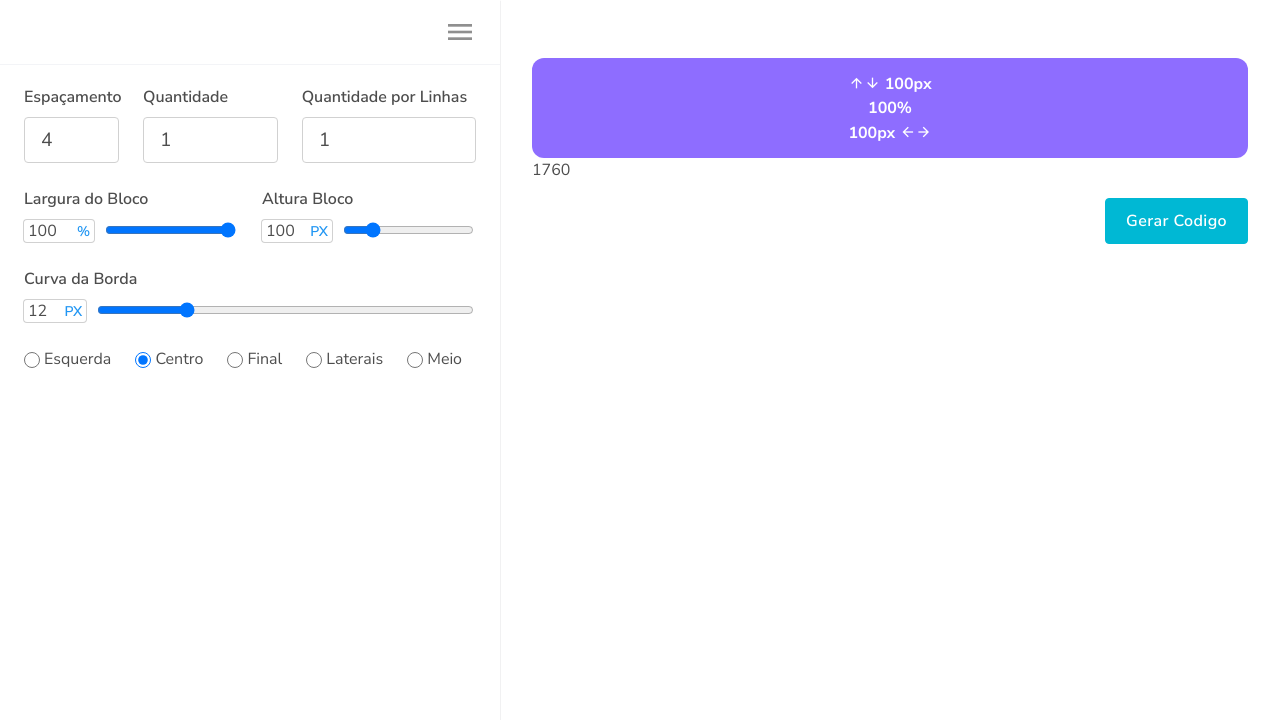
Repository: Flintdl/lowcode-elements
Page: /
These files come from the project's save history. The page is drawn as it stood at one moment and after the next save; the edit follows.
The browser window is 1280 px wide. The pictures show the whole page.
The project was rebuilt for these pictures with package versions that can differ from the ones it lists, and the page was loaded fresh each time. Also part of the build but not shown: vue.config.js.

Above is the page before, as saved 2022-04-05 13:58:24.

### src/components/Menu/MenuTemplate.vue
<template>
  <div>
    <div
      class="ham burger-link-mobile sf-display-flex sf-display-md-none"
      @click="menu"
    >
      <i class="mdi mdi-menu sf-text-xlg sf-text-muted sf-dropdown-action"></i>
    </div>
    <nav class="sf-menu">
      <div class="sf-menu-header">
        <div
          @click="menu"
          class="hamburger-link sf-display-none sf-display-md-block"
        >
          <i
            class="mdi mdi-menu sf-text-xlg sf-text-muted sf-dropdown-action"
          ></i>
        </div>
      </div>
      <div class="sf-menu-body">
        <ul class="sf-menu-ul">
          <li class="sf-menu-li sf-px-4">
            <div class="sf-row">
              <InputGapTemplate
                :valorInput="inputGap"
                v-on:callback="getValorCampo"
              />
              <InputQuantidadeTemplate
                :valorInput="inputQuantidade"
                v-on:callback="getValorCampoQuantidade"
              />
              <InputQuantLinhasTemplate
                :valorInput="inputQuantidadeLinha"
                v-on:callback="getValorCampoQuantidadeLinha"
              />
              <InputLarguraBloco
                :valorInput="inputRange"
                v-on:callback="getValorLarguraBloco"
              />
              <InputAlturaBloco
                :valorInput="valorHeight"
                v-on:callback="getValorAlturaBloco"
              />
              <InputBorderRadiusBloco
                :valorInput="inputBorderRadius"
                v-on:callback="getValorRadiusBloco"
              />
            </div>
            <InputPosicaoBloco
              :valorInput="checkValue"
              v-on:callback="getValorPosicaoBloco"
            />
          </li>
        </ul>
      </div>
    </nav>
    <div class="sf-content-page">
      <HomeView
        :valor="inputRange"
        :inputGap="inputGap"
        :valorHeight="valorHeight"
        :quantidade="parseInt(inputQuantidade)"
        :quantidadeLinha="inputQuantidadeLinha"
        :inputBorderRadius="inputBorderRadius"
        :checkValue="checkValue"
      />
    </div>
    <div class="ga-mascara-fundo" @click="mask"></div>
  </div>
</template>

<script>
import HomeView from "@/views/HomeView.vue";
import InputGapTemplate from "@/components/templates/InputGapTemplate.vue";
import InputQuantidadeTemplate from "@/components/templates/InputQuantidadeTemplate.vue";
import InputQuantLinhasTemplate from "@/components/templates/InputQuantLinhasTemplate.vue";
import InputLarguraBloco from "@/components/templates/InputLarguraBloco.vue";
import InputAlturaBloco from "@/components/templates/InputAlturaBloco.vue";
import InputBorderRadiusBloco from "@/components/templates/InputBorderRadiusBloco.vue";
import InputPosicaoBloco from "@/components/templates/InputPosicaoBloco.vue";
import image from "@/assets/logo-soften.webp";

export default {
  name: "MenuTemplate",
  data: function () {
    return {
      inputQuantidade: (this.inputQuantidade = "1"),
      inputQuantidadeLinha: (this.inputQuantidadeLinha = "1"),
      inputBorderRadius: (this.inputBorderRadius = "12"),
      inputRange: (this.inputRange = "100"),
      valorHeight: (this.valorHeight = "100"),
      inputGap: (this.inputGap = "4"),
      checkValue: (this.checkValue = "center"),
      image: image,
    };
  },
  components: {
    HomeView,
    InputGapTemplate,
    InputQuantidadeTemplate,
    InputQuantLinhasTemplate,
    InputLarguraBloco,
    InputAlturaBloco,
    InputPosicaoBloco,
    InputBorderRadiusBloco,
  },
  beforeMount() {
    if (window.innerWidth >= 768) {
      if (localStorage.getItem("menu") === "fechado") {
        document.body.classList.add("menu-fechado");
      } else {
        document.body.classList.remove("menu-fechado");
      }
    }

    (function () {
      var current = window.location.pathname.split("")[0];
      if (current === "") return;
      var menuItems = document.querySelectorAll(".sf-menu-list-link");
      for (var i = 0, len = menuItems.length; i < len; i++) {
        if (menuItems[i].getAttribute("href").indexOf(current) !== -1) {
          menuItems[i].className += " active-nolink";
          menuItems[i].nextElementSibling.className += " active-nolink";
        }
      }
    })();
  },
  methods: {
    menu() {
      if (window.innerWidth >= 768) {
        document.body.classList.toggle("menu-fechado");
        if (document.body.classList.contains("menu-fechado")) {
          localStorage.setItem("menu", "fechado");
        } else {
          localStorage.removeItem("menu");
        }
      } else {
        document.body.classList.toggle("menu-mobile-aberto");
      }
    },
    mask() {
      document.body.classList.remove("menu-mobile-aberto");
    },
    getValorCampo(valor) {
      this.inputGap = valor;
    },
    getValorCampoQuantidade(valor) {
      this.inputQuantidade = valor;
    },
    getValorCampoQuantidadeLinha(valor) {
      this.inputQuantidadeLinha = valor;
    },
    getValorLarguraBloco(valor) {
      this.inputRange = valor;
    },
    getValorAlturaBloco(valor) {
      this.valorHeight = valor;
    },
    getValorRadiusBloco(valor) {
      this.inputBorderRadius = valor;
    },
    getValorPosicaoBloco(valor) {
      this.checkValue = valor;
    },
  },
};

// function dropdown(menu) {
//   var dropdowns = document.getElementsByClassName("sf-dropdown-menu");
//   var i;
//   for (i = 0; i < dropdowns.length; i++) {
//     var openDropdown = dropdowns[i];
//     if (openDropdown.classList.contains("show")) {
//       openDropdown.classList.remove("show");
//     }
//   }
//   document.querySelector(menu).classList.toggle("show");
// }
</script>

<style lang="scss">
@import "@/assets/scss/style.scss";
@import "@/assets/scss/standard.scss";
@import "@/assets/scss/menu.scss";
</style>

### src/assets/scss/_variables.scss
// Primarys Colors
$standardTextColor: #4d4d4d;

$primaryColor: #8e6dff;
$secondaryColor: #009997;
$buttonDisableColor: #9c9c9c;
$buttonDisableBgColor: #7676764d;

// Menu Colors

$bgMenuColor: #1d1d1d;
$linkMenuColor: #7b8089;
$iconMenuColor: #2a2a2a;
$borderMenuColor: #323232;

// Botão Colors

$btnPrimary: #00b8d4;
$btnPrimaryHover: #0085b0;

// Generics Colors

$whiteColor: #ffffff;
$mutedColor: #8f8f8f;
$cardColor: #f3f4f7;
$cardColorLight: #f9fafc;
$cardColorLightTwo: #f1f5fc;
$greyLight: #d1d1d1;

// Dropdown Colors

$dropdownHeaderColor: #5f5f5f;
$dropdownColor: #ebffff;

// State Colors

$successColor: #3dc661;
$dangerColor: #e7515a;
$warningColor: #e2a03f;
$infoColor: #2196f3;
$defaultColor: #172b4d;
$lightColor: #e0e0e0;

### src/views/HomeView.vue
<template>
  <div>
    <div class="sf-row">
      <div
        id="sf-preview-code-content"
        class="sf-col-12 sf-mx-auto sf-position-relative"
      >
        <!-- <div class="sf-display-flex sf-flex-wrap sf-width-100">
          <div
            id="sf-grid-template"
            class="sf-grid sf-position-relative"
            :style="{
              width: cssProps.width,
              height: String(valorHeight) + 'px',
              left: inputGap / 2 + 'px',
            }"
            v-bind:key="n"
            v-for="n of quantidade"
          ></div>
        </div> -->
        <div id="sf-preview-code">
          <div
            :style="gapProps"
            :class="[
              'sf-display-flex sf-flex-wrap sf-width-100',
              'sf-justify-content-' + checkValue,
            ]"
          >
            <DivGrid
              v-bind:key="n"
              v-for="n of quantidade"
              :tamanho="String(valor)"
              :altura="String(valorHeight)"
              :tamanhoPixel="String(valor)"
              :cssDefinido="cssProps"
              class="sf-position-relative"
            />
          </div>
        </div>
        {{ tamanhoPixel }}
      </div>
      <div class="sf-col-12 sf-mt-3 sf-display-flex sf-justify-content-end">
        <button class="sf-btn sf-btn-primary" @click="gerarCodigo">
          Gerar Codigo
        </button>
      </div>
    </div>
    <div class="sf-row" v-if="htmlPreviewCode">
      <div class="sf-col-12 sf-mx-auto sf-mt-5 sf-code-content">
        <div class="sf-bg-code sf-p-4 sf-border-radius">
          <code>
            <span class="sf-text-info">Código do Preview</span> <br />
            {{ htmlPreviewCode }}
          </code>
        </div>
      </div>
    </div>
  </div>
</template>

<script>
// @ is an alias to /src

import DivGrid from "@/components/templates/DivGrid.vue";

export default {
  name: "HomeView",
  data: function () {
    return {
      htmlPreviewCode: null,
      tamanhoPixel: 110 * 16,
    };
  },
  components: {
    DivGrid,
  },
  props: {
    valor: String,
    inputGap: String,
    quantidade: Number,
    valorHeight: String,
    quantidadeLinha: String,
    inputBorderRadius: String,
    checkValue: String,
  },
  computed: {
    cssProps() {
      return {
        width: `calc((${this.valor}% - ${this.inputGap}px * ${
          this.quantidadeLinha - "1"
        }) / ${this.quantidadeLinha})`,
        height: this.valorHeight + "px",
        "border-radius": this.inputBorderRadius + "px",
      };
    },
    gapProps() {
      return {
        gap: this.inputGap + "px",
      };
    },
  },
  methods: {
    gerarCodigo() {
      this.htmlPreviewCode =
        document.getElementById("sf-preview-code").innerHTML;
    },
  },
};
</script>

<style>
#sf-grid-template:after {
  content: "";
  width: 100%;
  height: 150%;
  top: -25%;
  background-color: #ff008c0a;
  border: 1px solid rgba(255, 0, 140, 0.103);
  border-left: 2px solid #ff008c38;
  border-right: 2px solid #ff008c38;
  position: absolute;
}
</style>

### src/components/templates/InputGapTemplate.vue
<template>
  <div class="sf-col-3 sf-form-group">
    <label class="sf-label">Espaçamento</label>
    <input
      type="number"
      min="1"
      max="12"
      value="2"
      id="inputGap"
      v-model="valor"
      class="filter-states sf-text-capitalize"
      placeholder="Quantidade de Blocos"
    />
  </div>
</template>

<script>
export default {
  props: {
    valorInput: String,
  },
  computed: {
    valor: {
      get() {
        var inp = this.valorInput;
        return inp;
      },
      set(valorInput) {
        this.$emit("callback", valorInput);
      },
    },
  },
};
</script>

<style></style>

### src/components/templates/InputQuantidadeTemplate.vue
<template>
  <div class="sf-col-4 sf-form-group">
    <label class="sf-label">Quantidade</label>
    <input
      type="number"
      value="1"
      id="inputQuantidade"
      v-model="valor"
      class="filter-states sf-text-capitalize"
      placeholder="Quantidade de Blocos"
    />
  </div>
</template>

<script>
export default {
  props: {
    valorInput: String,
  },
  computed: {
    valor: {
      get() {
        var inp = this.valorInput;
        return inp;
      },
      set(valorInput) {
        this.$emit("callback", valorInput);
      },
    },
  },
};
</script>

<style></style>

### src/components/templates/InputQuantLinhasTemplate.vue
<template>
  <div class="sf-col-5 sf-form-group">
    <label class="sf-label">Quantidade por Linhas</label>
    <input
      type="number"
      min="1"
      max="12"
      value="1"
      id="inputQuantidadeLinha"
      v-model="valor"
      class="filter-states sf-text-capitalize"
      placeholder="Quantidade Linha"
    />
  </div>
</template>

<script>
export default {
  props: {
    valorInput: String,
  },
  computed: {
    valor: {
      get() {
        var inp = this.valorInput;
        return inp;
      },
      set(valorInput) {
        this.$emit("callback", valorInput);
      },
    },
  },
};
</script>

<style></style>

### src/components/templates/InputLarguraBloco.vue
<template>
  <div class="sf-col-6 sf-form-group">
    <label class="sf-label">Largura do Bloco</label>
    <div class="sf-input-group">
      <div
        class="sf-input-group-append sf-display-flex sf-justify-content-center"
      >
        <div
          class="sf-display-flex sf-align-items-center sf-justify-content-center sf-border-left-0 sf-border-radius sf-border-radius-left-0 sf-pr-2 sf-text-info sf-font-weight-bold sf-min-80-px"
        >
          <div class="sf-input-group">
            <input
              type="number"
              value="1"
              min="1"
              max="100"
              v-model="valor"
              class="sf-text-md sf-height-fit-content sf-pr-0 sf-pl-1 sf-border-right-0 sf-border-radius-right-0 sf-text-capitalize"
              placeholder="Curva da Borda"
            />
            <div
              class="sf-input-group-append sf-display-flex sf-justify-content-center"
            >
              <div
                class="sf-display-flex sf-align-items-center sf-border sf-justify-content-center sf-border-left-0 sf-border-radius sf-border-radius-left-0 sf-pr-1 sf-text-info sf-font-weight-bold sf-text-sm"
              >
                %
              </div>
            </div>
          </div>
        </div>
      </div>
      <input
        type="range"
        min="10"
        max="100"
        value="10"
        id="inputRange"
        v-model="valor"
        class="sf-px-0 sf-border-right-0 sf-border-radius-right-0 sf-text-capitalize"
      />
    </div>
  </div>
</template>

<script>
export default {
  props: {
    valorInput: String,
  },
  computed: {
    valor: {
      get() {
        var inp = this.valorInput;
        return inp;
      },
      set(valorInput) {
        this.$emit("callback", valorInput);
      },
    },
  },
};
</script>

<style></style>

### src/components/templates/InputAlturaBloco.vue
<template>
  <div class="sf-col-6 sf-form-group">
    <label class="sf-label">Altura Bloco</label>
    <div class="sf-input-group">
      <div
        class="sf-input-group-append sf-display-flex sf-justify-content-center"
      >
        <div
          class="sf-display-flex sf-align-items-center sf-justify-content-center sf-border-left-0 sf-border-radius sf-border-radius-left-0 sf-pr-2 sf-text-info sf-font-weight-bold sf-min-80-px"
        >
          <div class="sf-input-group">
            <input
              type="number"
              value="1"
              min="1"
              max="500"
              v-model="valor"
              class="sf-text-md sf-height-fit-content sf-pr-0 sf-pl-1 sf-border-right-0 sf-border-radius-right-0 sf-text-capitalize"
              placeholder="Curva da Borda"
            />
            <div
              class="sf-input-group-append sf-display-flex sf-justify-content-center"
            >
              <div
                class="sf-display-flex sf-align-items-center sf-border sf-justify-content-center sf-border-left-0 sf-border-radius sf-border-radius-left-0 sf-pr-1 sf-text-info sf-font-weight-bold sf-text-sm"
              >
                PX
              </div>
            </div>
          </div>
        </div>
      </div>
      <input
        type="range"
        min="10"
        max="500"
        id="valorHeight"
        v-model="valor"
        class="sf-px-0 sf-border-right-0 sf-border-radius-right-0 sf-text-capitalize"
      />
    </div>
  </div>
</template>

<script>
export default {
  props: {
    valorInput: String,
  },
  computed: {
    valor: {
      get() {
        var inp = this.valorInput;
        return inp;
      },
      set(valorInput) {
        this.$emit("callback", valorInput);
      },
    },
  },
};
</script>

<style></style>

### src/components/templates/InputBorderRadiusBloco.vue
<template>
  <div class="sf-col-12 sf-form-group">
    <label class="sf-label">Curva da Borda</label>
    <div class="sf-input-group">
      <div
        class="sf-input-group-append sf-display-flex sf-justify-content-center"
      >
        <div
          class="sf-display-flex sf-align-items-center sf-justify-content-center sf-border-left-0 sf-border-radius sf-border-radius-left-0 sf-pr-2 sf-text-info sf-font-weight-bold sf-min-60-px"
        >
          <div class="sf-input-group">
            <input
              type="number"
              value="1"
              min="1"
              max="50"
              v-model="valor"
              class="sf-text-md sf-height-fit-content sf-pr-0 sf-pl-1 sf-border-right-0 sf-border-radius-right-0 sf-text-capitalize"
              placeholder="Curva da Borda"
            />
            <div
              class="sf-input-group-append sf-display-flex sf-justify-content-center"
            >
              <div
                class="sf-display-flex sf-align-items-center sf-border sf-justify-content-center sf-border-left-0 sf-border-radius sf-border-radius-left-0 sf-pr-1 sf-text-info sf-font-weight-bold sf-text-sm"
              >
                PX
              </div>
            </div>
          </div>
        </div>
      </div>
      <input
        type="range"
        value="1"
        min="1"
        max="50"
        id="inputBorderRadius"
        v-model="valor"
        class="sf-px-0 sf-border-right-0 sf-border-radius-right-0 sf-text-capitalize"
        placeholder="Curva da Borda"
      />
    </div>
  </div>
</template>

<script>
export default {
  props: {
    valorInput: String,
  },
  computed: {
    valor: {
      get() {
        var inp = this.valorInput;
        return inp;
      },
      set(valorInput) {
        this.$emit("callback", valorInput);
      },
    },
  },
};
</script>

<style></style>

### src/components/templates/InputPosicaoBloco.vue
<template>
  <div class="sf-row">
    <div class="sf-col-auto sf-form-group">
      <input
        id="start"
        type="radio"
        name="positionDivs"
        v-model="valor"
        value="start"
        checked
      />
      <label for="start"> Esquerda</label>
    </div>

    <div class="sf-col-auto sf-form-group">
      <input
        type="radio"
        id="center"
        name="positionDivs"
        v-model="valor"
        value="center"
      />
      <label for="center"> Centro</label>
    </div>

    <div class="sf-col-auto sf-form-group">
      <input
        type="radio"
        id="end"
        name="positionDivs"
        v-model="valor"
        value="end"
      />
      <label for="end"> Final</label>
    </div>
    <div class="sf-col-auto sf-form-group">
      <input
        type="radio"
        id="between"
        name="positionDivs"
        v-model="valor"
        value="between"
      />
      <label for="between"> Laterais</label>
    </div>
    <div class="sf-col-auto sf-form-group">
      <input
        type="radio"
        id="around"
        name="positionDivs"
        v-model="valor"
        value="around"
      />
      <label for="around"> Meio</label>
    </div>
  </div>
</template>

<script>
export default {
  props: {
    valorInput: String,
  },
  computed: {
    valor: {
      get() {
        var inp = this.valorInput;
        return inp;
      },
      set(valorInput) {
        this.$emit("callback", valorInput);
      },
    },
  },
};
</script>

<style></style>

### src/components/templates/DivGrid.vue
<template>
  <div
    class="sf-bg-primary sf-position-relative sf-overflow-hidden"
    :style="cssDefinido"
  >
    <span
      class="sf-position-absolute sf-centerAbsolute-xy sf-text-white sf-font-weight-extra-bold sf-text-center"
      :style="tamanho"
    >
      <i
        class="mdi mdi-arrow-up sf-text-md sf-text-white sf-dropdown-action"
      ></i>
      <i
        class="mdi mdi-arrow-down sf-text-md sf-text-white sf-dropdown-action"
      ></i>
      {{ altura }}px <br />

      {{ tamanho }}% <br />{{ tamanhoPixel }}px
      <i
        class="mdi mdi-arrow-left sf-text-md sf-text-white sf-dropdown-action"
      ></i>
      <i
        class="mdi mdi-arrow-right sf-text-md sf-text-white sf-dropdown-action"
      ></i>
    </span>
  </div>
</template>

<script>
export default {
  props: {
    cssDefinido: Object,
    tamanho: String,
    altura: String,
    tamanhoPixel: String,
  },
};
</script>

<style></style>

Loaded but not shown: public/index.html (common file); src/main.js (common file); src/App.vue (common file); src/registerServiceWorker.js (common file); src/router/index.js (common file); src/assets/scss/materialdesignicons.scss (9 lines, source omitted); src/assets/scss/style.scss (4095 lines, source omitted); src/assets/scss/menu.scss (396 lines, source omitted); src/assets/scss/standard.scss (381 lines, source omitted)

After the next save:
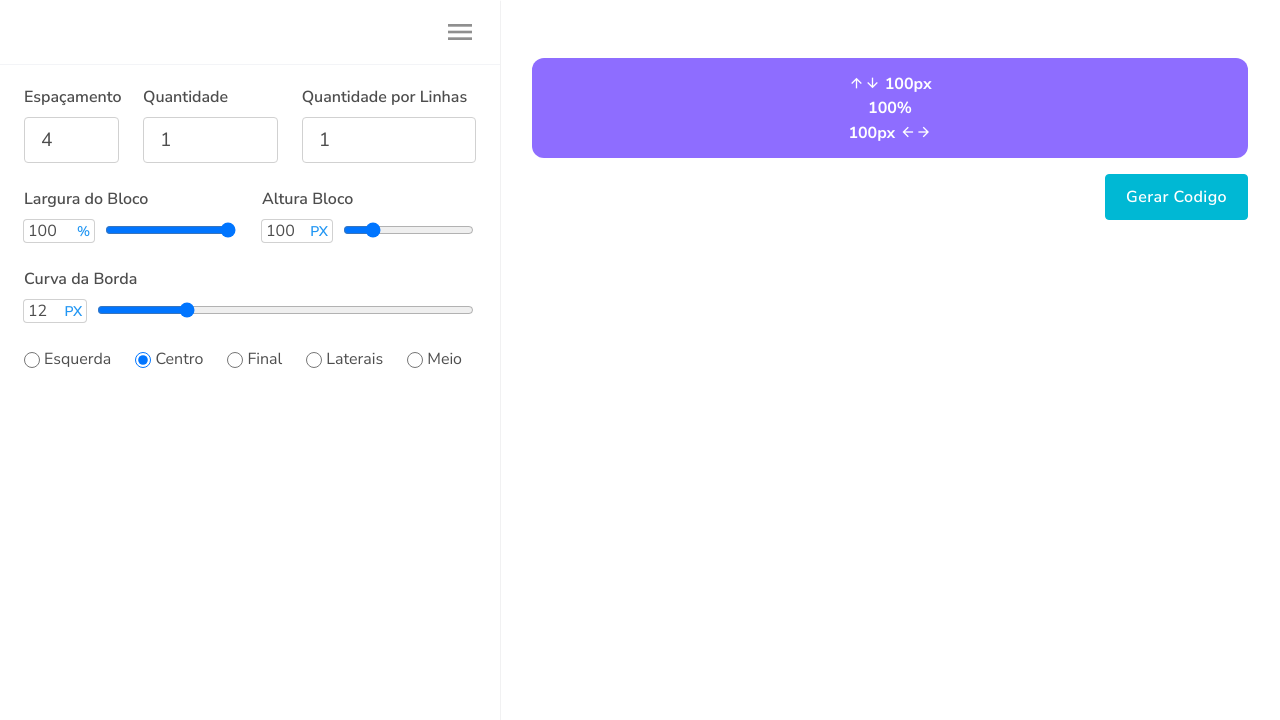
Saved 3 min 27 s later.
--- a/src/views/HomeView.vue
+++ b/src/views/HomeView.vue
@@ -37,7 +37,6 @@
             />
           </div>
         </div>
-        {{ tamanhoPixel }}
       </div>
       <div class="sf-col-12 sf-mt-3 sf-display-flex sf-justify-content-end">
         <button class="sf-btn sf-btn-primary" @click="gerarCodigo">
@@ -68,7 +67,6 @@ export default {
   data: function () {
     return {
       htmlPreviewCode: null,
-      tamanhoPixel: 110 * 16,
     };
   },
   components: {
